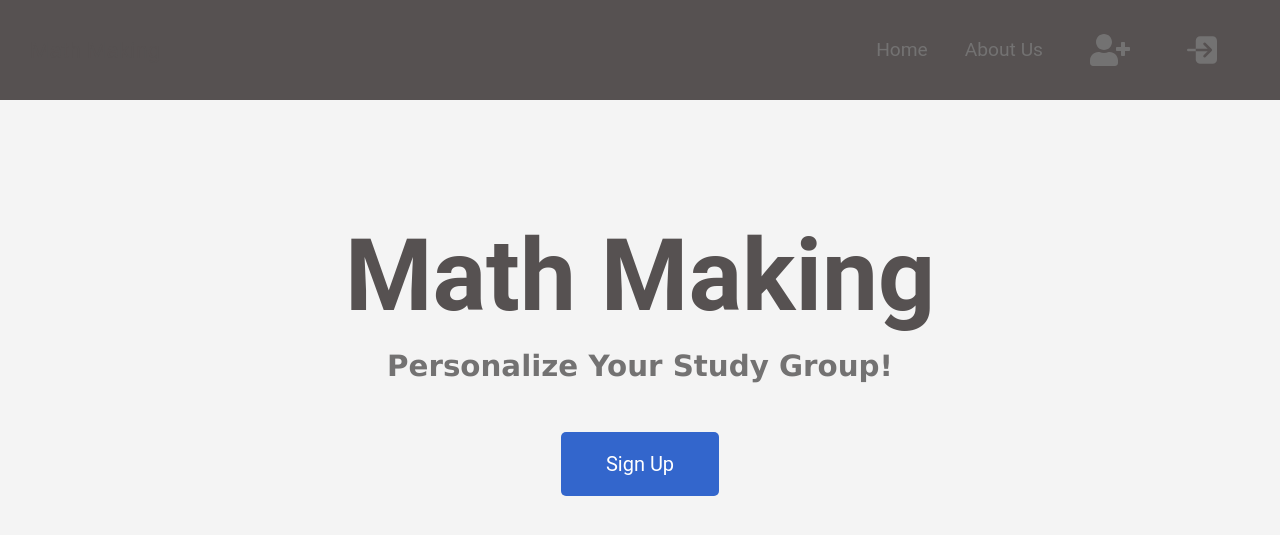
Repository: BuddyBob/mathmaking
Page: /
These files come from the project's save history. The page is drawn as it stood at one moment and after the next save; the edit follows.
The browser window is 1280 px wide. The pictures show the whole page.
The project was rebuilt for these pictures with package versions that can differ from the ones it lists, and the page was loaded fresh each time. Also part of the build but not shown: webpack.config.js, src/components/register/ForgotPassword.js, src/components/register/Login.js, src/components/mathmaker/MathMaker.js, src/components/profile/Tag.js, src/components/profile/Profile.js, src/components/register/Signup.js.

Above is the page before, as saved 2023-06-10 19:14:57.

### public/index.html
<!DOCTYPE html>
<html lang="en">
  <head>
    <meta charset="utf-8" />
    <link rel="icon" href="%PUBLIC_URL%/favicon.ico" />
    <meta name="viewport" content="width=device-width, initial-scale=1" />
    <meta name="theme-color" content="#000000" />
    <meta
      name="description"
      content="Web site created using create-react-app"
    />
    <link rel="apple-touch-icon" href="%PUBLIC_URL%/logo192.png" />

    <link rel="manifest" href="%PUBLIC_URL%/manifest.json" />

    <title>Math Making</title>
  </head>
  <body>
    <noscript>You need to enable JavaScript to run this app.</noscript>
    <div id="root"></div>

  </body>
</html>

### src/index.js
import App from './App';
import { AuthProvider } from './components/context/AuthContext';
import React from 'react';
import ReactDOM from 'react-dom';
import { HashRouter as Router } from 'react-router-dom';
ReactDOM.render(

    <Router>

        <AuthProvider>

        < App />
        </AuthProvider>
    </Router>, document.getElementById("root"));

### src/App.js
import {
  Route,
  Routes,
} from "react-router-dom";

import ForgotPassword from './components/register/ForgotPassword'
import Home from "./Home";
import Login from './components/register/Login'
import MathMaker from './components/mathmaker/MathMaker.js'
import Profile from './components/profile/Profile'
import Signup from './components/register/Signup'

export default function App() {
  return (
        <Routes>
            <Route  exact path='/' element={<Home/>} />
            <Route exact path='/signup' element={<Signup/>}/>
            <Route exact path='/login' element={<Login/>}/>
            <Route exact path='/forgot-password' element={<ForgotPassword/>}/>
            <Route exact path='/profile' element={<Profile/>}/>
            <Route exact path='/mathmaker' element={<MathMaker/>}/>
        </Routes>
  );
}

### src/components/context/AuthContext.js
import React,  { useContext, useState, useEffect } from 'react'
import { auth } from '../../firebase'
const AuthContext = React.createContext()
export function useAuth() {
    return useContext(AuthContext)
}
export function AuthProvider({children}) {
    const [currentUser, setCurrentUser] = useState()
    const [loading, setLoading] = useState(true)
    function signup(email,password){
        return auth.createUserWithEmailAndPassword(email,password)
    }
    function login(email,password){
        return auth.signInWithEmailAndPassword(email,password)
    }
    function logout(){
        return auth.signOut()
    }
    function resetPassword(email){
        return auth.sendPasswordResetEmail(email)
    }
    useEffect(() => {
        const unsubscribe = auth.onAuthStateChanged(user => {
            setCurrentUser(user)
            setLoading(false)
        })
        return unsubscribe
    }, [])

    const value = {
        currentUser,
        login,
        signup,
        logout,
        resetPassword,
    }
    return (

        <AuthContext.Provider value={value}>
            {!loading && children}
        </AuthContext.Provider>
    )
}

### src/Home.js
import './index.css'

import React, { createContext, useEffect, useState } from "react"

import { Link } from 'react-router-dom';
import NavBar from './components/Nav/NavBar'
import { db } from './firebase'
import { useAuth } from './components/context/AuthContext'

export const AppContext = createContext()

function returnUserData(userId){
    let docRef = db.collection("users").doc(userId)
    return docRef.get().then((doc) => {
      if (doc.exists) {
          return doc.data();
      } else {
          // doc.data() will be undefined in this case
          console.log("No such document!");
      }
    }).catch((error) => {
        console.log("Error getting document:", error);
    });
  }


const Home = () =>  {
    const { currentUser, logout } = useAuth()
    const [loggedIn,setLoggedIn] = useState(currentUser ? true : false)
    const [expanded, setExpanded] = useState(false);

    const toggleContent = () => {
      setExpanded(!expanded);
    };

    //User is logged in
    useEffect(() => {
        console.log(currentUser);
        if (loggedIn){
          returnUserData(currentUser.uid).then(result => {

          })
        }
      }, [loggedIn])
    return (
        <div className="Home">
            <AppContext.Provider value={{loggedIn}}>
                <NavBar/>
                <div className="container">
                    <h1 className="title">Math Making</h1>
                    <h3 className="subtitle">Personalize Your Study Group!</h3>
                    <div class="Authentication">
                        {
                            !currentUser &&
                            <div>
                                <Link to='/signup'>
                                    <input className="button" type="button" value="Sign Up" />
                                </Link>
                            </div>
                        }
                    </div>
                    {currentUser &&
                    <div className="content">
                        <div className="explanation">
                            <button className="button" onClick={() => toggleContent()}>
                                How does this work?
                            </button>
                            {expanded && (
                                <div className="expanded-content">
                                <p>
                                    The name math making is a play on the word matchmaking. Here at math making we want to help you find the perfect study group for you.
                                    We use a complex algorithm to match you with other students based on your interests, personality, age, region and more!
                                    After you sign up and fill out your profile we will attempt to match you with other students with similar interests and personalities.
                                    We will provide you with a time and zoom link to start studying together. Through this process we hope to help you find the perfect study group for you
                                    and hopefully meet new people!
                                </p>
                                </div>
                            )}
                        </div>
                        <div className="button-container">
                            <Link to="/profile">
                                <input className="button" type="button" value="Profile" />
                            </Link>
                            <Link to="/mathmaker">
                            <input className="button" type="button" value="Mathmaker!" />
                            </Link>
                        </div>
                    </div>
                    }
                </div>
            </AppContext.Provider>
        </div>
    )
}
export default Home;

### src/firebase.js
import 'firebase/compat/firestore';
import 'firebase/compat/auth';

import firebase from 'firebase/compat/app';

const app = firebase.initializeApp({
  apiKey: "AIzaSyDUYKn6vGOKdjmqakLQxaPY67alcD0Vsd8",
  authDomain: "mathmaking-f547c.firebaseapp.com",
  projectId: "mathmaking-f547c",
  storageBucket: "mathmaking-f547c.appspot.com",
  messagingSenderId: "939151747045",
  appId: "1:939151747045:web:788ff28e0c364e37fab10c"
});

export const auth = app.auth();
export const db = firebase.firestore();

### src/components/register/Register.css
:root {
  --primary-color: #3366CC;
  --secondary-color: #FF9933;
  --background-color: #F4F4F4;
  --background-color2: rgb(159, 155, 155);
  --text-color: #737272;
  --title-color: #565151;
}
  /* Wrapper */
  .wrapper {
    display: flex;
    align-items: center;
    justify-content: center;
    flex-direction: column;
    min-height: 100vh;
    background-color: var(--background-color);
  }

  /* Form Content */
  #formContent {
    background-color: var(--background-color2);
    padding: 30px;
    width: 90%;
    max-width: 450px;
    height: 450px;
    border-radius: 10px;
    text-align: center;
  }

  /* Title */
  .register-title {
    color: var(--title-color);
    font-size: 24px;
    margin-bottom: 50px;
    margin-top: 60px;
  }

  /* Error Message */
  .error-container {
    margin-bottom: 20px;
  }

  .error-text {
    color: var(--title-color);
    font-size: 14px;
    text-align: left;
  }

  .closeIcon {
    color: var(--title-color);
  }

  /* Form Inputs */
  input[type="text"],
  input[type="password"] {
    background-color: #F8F8F8;
    border: 2px solid #E0E0E0;
    color: var(--text-color);
    padding: 15px 20px;
    margin-bottom: 20px;
    width: 80%;
    border-radius: 5px;
    transition: border-color 0.3s ease;
  }

  input[type="text"]:focus,
  input[type="password"]:focus {
    border-color: var(--primary-color);
    outline: none;
  }

  /* Submit Button */
  input[type="submit"] {
    background-color: var(--primary-color);
    border: none;
    color: #FFFFFF;
    padding: 15px 30px;
    text-align: center;
    text-decoration: none;
    font-size: 16px;
    border-radius: 5px;
    cursor: pointer;
    transition: background-color 0.3s ease;
  }

  input[type="submit"]:hover {
    background-color: var(--secondary-color);
  }

  /* Redirect Register */
  .redirect-register {
    margin-top: 20px;
    color: var(--text-color);
    font-size: 14px;
  }

  .redirect-register-text {
    color: var(--text-color);
  }

  .redirect-register-click {
    color: var(--primary-color);
    text-decoration: none;
  }

  .redirect-register-click:hover {
    text-decoration: underline;
  }

  /* Forgot Password */
  .forgot-pwd {
    margin-top: 10px;
    color: var(--text-color);
    font-size: 14px;
    text-align: center; /* Center the text horizontally */
    margin-bottom: 20px; /* Add some space below the forgot password link */
  }

  .forgot-pwd a {
    color: var(--primary-color);
    text-decoration: none;
  }

  .forgot-pwd a:hover {
    text-decoration: underline;
  }

### src/index.css
:root {
  --primary-color: #3366CC;
  --secondary-color: #FF9933;
  --background-color: #F4F4F4;
  --background-color2: rgb(159, 155, 155);
  --text-color: #737272;
  --title-color: #565151;
}

@import url('https://fonts.googleapis.com/css2?family=Open+Sans:wght@300;400&family=Roboto:wght@500&display=swap');

html {
  -webkit-overflow-x-scrolling: hidden;
  overflow-x: hidden !important;
}

body {
  margin: 0;
  padding: 0;
  -webkit-overflow-x-scrolling: hidden;
  overflow-x: hidden !important;
  color: var(--background-color);
  height: 100%;
  flex-direction: column;
  justify-content: center;
  align-items: center;
}


@media screen and (min-height: 800px) {
  body {
    overflow-y: hidden;
  }
}

.title {
  font-family: 'Open Sans', sans-serif;
  font-family: 'Roboto', sans-serif;
  font-size: 100px;
  color: var(--title-color);
  text-align: center;
  margin-bottom: 10px;
}

.subtitle {
  font-family: 'Verdana', sans-serif;
  font-size: 22pt;
  color: var(--text-color);
  text-align: center;
  margin-top: 5px;
}

.container {
  display: flex;
  justify-content: center;
  align-items: center;
  flex-direction: column;
  margin-top:50px;
}

.text{
  font-family: 'Open Sans', sans-serif;
  font-family: 'Roboto', sans-serif;
  font-size: 30px;
  color: var(--text-color);
  text-align: center;
  margin-top: 5px;
}

.buttons{
  background-color: var(--primary-color);
  border: none;
  color: #FFFFFF;
  padding: 15px 30px;
  text-align: center;
  text-decoration: none;
  font-size: 16px;
  border-radius: 5px;
  cursor: pointer;
  transition: background-color 0.3s ease;
}

.logout,
.signIn,
.login-button {
  display: inline-block;
  padding: 10px 20px;
  font-family: 'Arial', sans-serif;
  font-size: 16px;
  color: #fff;
  background-color: var(--primary-color);
  border: none;
  border-radius: 5px;
  cursor: pointer;
  transition: background-color 0.3s ease;
}

.logout,
.signIn-icon,
.login-button:focus {
  outline: none;
}


.login-icon{
  color: var(--text-color);
  margin: 10px;
  transition: color 0.3s ease;
}
.signIn-icon {
  color: var(--text-color);
  margin: 10px;
  transition: color 0.3s ease;
}

.logout-icon{
  color: var(--text-color)
}
.logout-icon:hover {
  color: var(--primary-color);
  transition: color 0.3s ease;
}

.signIn-icon:hover{
  color: var(--primary-color);
  transition: color 0.3s ease;
}
.login-icon:hover{
  color: var(--primary-color);
  transition: color 0.3s ease;
}
.content{

  display: block;
  margin-right: auto;
  margin-left: auto;
  align-items: center;
  justify-content: center;
  position: relative;
}


.explanation{
  position: relative;
}

.button-container{
  display: flex;
  justify-content: center;
  align-items: center;
  flex-direction: column;
}

.button {
  background-color: var(--primary-color);
  border: none;
  color: #FFFFFF;
  padding: 20px 45px;
  text-align: center;
  text-decoration: none;
  font-size: 20px;
  border-radius: 5px;
  cursor: pointer;
  transition: background-color 0.3s ease;
  margin-bottom: 20px;
  margin-top: 20px;
  margin-right: auto;
  margin-left: auto;
}

.button:hover {
  background-color: var(--secondary-color);
}

.expanded-content {
  margin-top: 20px;
  text-align: left;
  margin-right: auto;
  margin-left:50px;
  width:50%;
}

.expanded-content p {
  font-family: 'Verdana', sans-serif;
  font-size: 20px;
  color: var(--text-color);
  line-height: 1.5;
}

### src/components/Nav/NavBar.js
import './NavBar.css'

import React, { useContext, useState } from 'react'

import { AiOutlineMenu } from 'react-icons/ai'
import { AppContext } from '../../Home'
import { FaUserPlus } from 'react-icons/fa'
import { IoLogIn } from 'react-icons/io5'
import { IoLogOut } from 'react-icons/io5'
import { Link } from 'react-router-dom'
import { useAuth } from '../context/AuthContext'

function NavBar() {
    const { currentUser, logout } = useAuth();


    async function handleLogout(){
        await logout()
    }
    return (
        <div id="navbar">
            {currentUser &&
            <div id="logged-in">
                <nav className="navbar">
                    <Link to="/" style={{ textDecoration: 'none' }}>
                        <span className="logo">Math Making</span>
                    </Link>
                    <div className="navbar-links">
                        <ul>
                            <li>
                                <Link to="/">
                                    <span className="icon">Home</span>
                                </Link>
                            </li>
                            <li>
                                <Link to="/profile">
                                    <span className="icon">Profile</span>
                                </Link>
                            </li>
                            <li>
                                <Link to="/about-us">
                                    <span className="icon">About Us</span>
                                </Link>
                            </li>
                            <li>
                                <Link to='/'>
                                    <IoLogOut size={40} className="login-icon" onClick={handleLogout} />
                                </Link>
                            </li>
                        </ul>
                    </div>
                </nav>
            </div>
            }
            {!currentUser &&
            <div id="logged-out">
                <nav className="navbar">
                    <Link to="/" style={{ textDecoration: 'none' }}>
                        <span className="logo">Math Making</span>
                    </Link>
                    <div className="navbar-links">
                        <ul>
                            <li>
                                <Link to="/">
                                    <span className="icon">Home</span>
                                </Link>
                            </li>
                            <li>
                                <Link to="/about-us">
                                    <span className="icon">About Us</span>
                                </Link>
                            </li>
                            <li>
                                <Link to='/signup'>
                                    <FaUserPlus size={40} className="signIn-icon" />
                                </Link>
                            </li>
                            <li>
                                <Link to='/login'>
                                    <IoLogIn size={40} className="login-icon" />
                                </Link>
                            </li>
                        </ul>
                    </div>
                </nav>

            </div>
            }
        </div>
    )
}

export default NavBar

### src/components/mathmaker/Mathmaker.css
:root {
    --primary-color: #3366CC;
    --secondary-color: #FF9933;
    --background-color: #F4F4F4;
    --background-color2: rgb(94, 92, 92);
    --text-color: #737272;
    --title-color: #565151;
  }

  .mm-container2 {
    display: flex;
    flex-direction: column;
    justify-content: center;
    align-items: center;
    margin-top: 20px;
    margin-bottom: 20px;
    width: 100%;
    height: 100%;
    background-color: #f5f5f5;
    border-radius: 10px;
    padding: 20px;
  }


  .button-mm {
    background-color: var(--primary-color);
    border: none;
    color: #FFFFFF;
    padding: 20px 45px;
    text-align: center;
    text-decoration: none;
    font-size: 20px;
    border-radius: 5px;
    cursor: pointer;
    transition: background-color 0.3s ease;
    margin-bottom: 20px;
    margin-top: 20px;
    margin-right: auto;
    margin-left: auto;
    max-width: 30%;
    min-width: 30%;
  }

  .button-mm:hover {
    background-color: var(--secondary-color);
  }

  .matched-users {
    display: flex;
    flex-wrap: wrap;
    justify-content: space-between;
    flex-direction: row-column;
    margin-top: 20px;
    width: 30%;
  }

  .matched-user {
    width: 100%;
    margin-bottom: 20px;
    background-color: var(--background-color2);
    border-radius: 10px;
    padding: 20px;
    padding-bottom: 40px;
    display: flex;
    flex-direction: column;
    align-items: center;
    cursor: pointer;
    position: relative;
    perspective: 1000px;
    transition: ease-out 0.3s;
  }

  .matched-user:hover {
    box-shadow: 0 8px 16px rgba(0, 0, .3, 0.4);
    transform: translateY(-2px);
  }

  .matched-user-flipper {
    width: 100%;
    height: 100%;
    position: absolute;
    transform-style: preserve-3d;
    transition: transform 0.6s;
  }

  .matched-user-flipped {
    transform: rotateY(180deg);
  }

  .matched-user-front,
  .matched-user-back {
    width: 100%;
    height: 100%;
    backface-visibility: hidden;
    position: absolute;
  }

  .matched-user-front {
    z-index: 2;
  }

  .matched-user-back {
    transform: rotateY(180deg);
  }

  .matched-user-info {
    text-align: center;
  }

  .matched-user-name {
    font-size: 40px;
    font-weight: bold;
    margin-bottom: 10px;
    color: var(--title-color);
  }

  .matched-user-matching-score {
    font-size: 20px;
    color: var(--text-color);
    margin-bottom: 10px;
  }

  strong {
    color: #3366CC;
    font-size: 18px;
  }

  .mm-section {
    margin-bottom: 30px;
  }

  .matched-user-section {
    margin-top: 10px;

  }

  .mm-text {
    font-size: 18px;
    color: var(--text-color);
    padding: 5px;
    margin-bottom: 5px;
    background-color: var(--background-color2);
    border-radius: 3px;
    display: inline-block;
  }
  .selected-user {
    background-color: #f5f5f5;
    border: 1px solid #ccc;
    border-radius: 8px;
    padding: 16px;
    margin-bottom: 16px;
  }

  .matched-user-actions {
    display: flex;
    flex-direction: column;
    justify-content: center;
    align-items: center;
    padding: 20px;
    width:500px;
  }


  .zoom-link {
    color: #007bff;
    text-decoration: none;
    font-weight: bold;
    text-decoration: underline;
  }

  .schedule-button,
  .back-button {
    background-color: #007bff;
    color: #fff;
    border: none;
    border-radius: 4px;
    padding: 10px 16px;
    cursor: pointer;
  }

  .time {
    font-weight: bold;
    margin-top: 16px;
  }

  .zoom-info {
    margin-top: 10px;
    margin-bottom: 10px;
    display: flex;
    flex-direction: row;
    width: 100%;
    justify-content: space-between;
    align-items: center; /* Optional: Align items vertically in the middle */
  }

  .zoom-info > * {
    flex: 1; /* Distribute available space equally among child elements */
    margin-right: 10px; /* Add some space between child elements, adjust as needed */
  }

  .zoom-info > *:last-child {
    margin-right: 0; /* Remove margin from the last child element */
  }

  .zoom-time{
    width:50px;
  }

### src/components/profile/Profile.css
:root {
  --primary-color: #3366CC;
  --secondary-color: #FF9933;
  --background-color: #F4F4F4;
  --background-color2: rgb(159, 155, 155);
  --text-color: #737272;
  --title-color: #565151;
}
  @import url('https://fonts.googleapis.com/css2?family=Open+Sans:wght@300;400&family=Roboto:wght@500&display=swap');

  body {
    font-family: 'Open Sans', sans-serif;
    background-color: var(--background-color);
  }

  .pcontainer {
    color: var(--text-color);
    display: flex;
    justify-content: center;
    align-items: center;
    flex-direction: column;
    height: 100%;

  }



  h2 {
    margin: 10px 0;
    color: var(--title-color);
  }

  input {
    width: 100%;
    padding: 10px;
    border: 1px solid var(--primary-color);
    border-radius: 4px;
    font-family: 'Roboto', sans-serif;
    font-size: 14px;
    color: var(--title-color);
  }

  button {
    background-color: var(--primary-color);
    color: white;
    padding: 10px 20px;
    border: none;
    border-radius: 4px;
    font-family: 'Roboto', sans-serif;
    font-size: 14px;
    cursor: pointer;
  }

  button:hover {
    background-color: var(--secondary-color);
  }

  .data{
    display: flex;
    flex-direction: column;
    margin-top: 50px;
  }

  /* Add more custom styles as needed */

### src/components/Nav/NavBar.css
:root {
    --primary-color: #3366CC;
    --secondary-color: #FF9933;
    --background-color: #F4F4F4;
    --background-color2: rgb(159, 155, 155);
    --text-color: #737272;
    --title-color: #565151;
  }
  @import url('https://fonts.googleapis.com/css2?family=Open+Sans:wght@300;400&family=Roboto:wght@500&display=swap');

.navbar{
    font-family: 'Open Sans', sans-serif;
    font-family: 'Roboto', sans-serif;
    display:flex;
    justify-content: space-between;
    align-items: center;
    background-color:#565151;
    color:var(--text-color);
}
.logo{

    color: var(--title-color);
    font-size: 1.4rem;
    margin: .5rem;
    margin-left:30px;
    text-decoration: none;
    list-style: none;
}
.logo:hover{
    transition: color 0.3s ease;
    color: var(--secondary-color);
    text-decoration: none;
}

.navbar-links ul{
    margin:2px;
    margin-right:30px;
    padding:2px;
    display:flex;
}
.navbar-links li{
    list-style: none;
}
.navbar-links li a {
    text-decoration:none;
    color: var(--white);
    padding:1rem;
    display:block;
}
.navbar-links li a:hover{
    color: var(--titleColor);
}
@media screen and (max-width:747px) {
    .logo{
        position: relative;
        right:15px;
    }
}

.navbar-links li a {
    text-decoration: none;
    color: var(--white);
    display: flex;
    align-items: center; /* Vertically center the content */
}

.navbar-links li a .icon {
    margin-right: 5px; /* Adjust the spacing between the icon and text */
}

.navbar-links li a .text {
    font-size: 16px; /* Adjust the font size of the text */
}

.icon{
    font-size: 1.2rem;
    margin-top:18px;
}

.logout-icon{
    font-size: 1.2rem;
    margin-top:20px;
    margin-left:10px;
    margin-right:20px;
}

### src/components/profile/Tag.css
:root {
    --primary-color: #3366CC;
    --secondary-color: #FF9933;
    --background-color: #F4F4F4;
    --background-color2: rgb(202, 201, 201);
    --text-color: #737272;
    --title-color: #565151;
  }
.tag-container {
    display: flex;
    flex-direction: column;
  }

  .selected-tags {
    display: flex;
    flex-wrap: wrap;
    gap: 8px;
    margin-bottom: 8px;
  }

  .tag-input {
    width: 100%;
    padding: 8px;
    border: 1px solid #ccc;
    border-radius: 4px;
  }

  .matching-tags {
    list-style: none;
    padding: 0;
    margin: 0;
    display: flex;
    flex-wrap: wrap;
    gap: 4px;
  }

  .matching-tags li {
    margin-bottom: 4px;
  }

  .matching-tags button {
    background-color: var(--text-color);
    color: white;
    padding: 13px 10px;
    border: none;
    border-radius: 4px;
    cursor: pointer;
  }

  .matching-tags button:hover {
    background-color: #ff9933;
  }

After the next save:
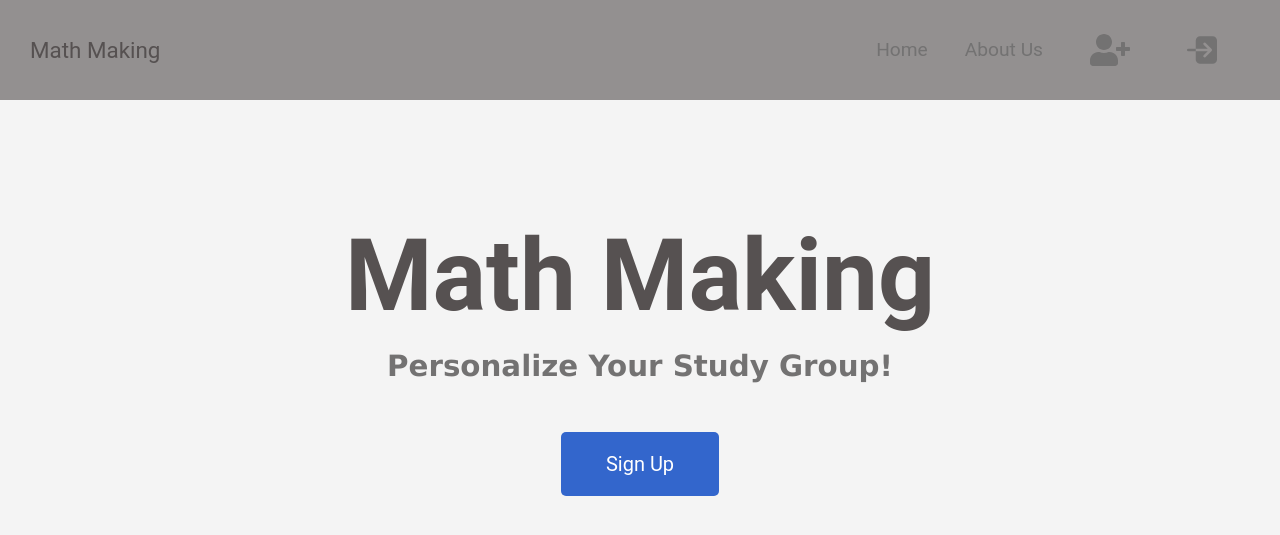
Saved 4 s later.
--- a/src/components/Nav/NavBar.css
+++ b/src/components/Nav/NavBar.css
@@ -14,7 +14,7 @@
     display:flex;
     justify-content: space-between;
     align-items: center;
-    background-color:#565151;
+    background-color:#939090;
     color:var(--text-color);
 }
 .logo{
